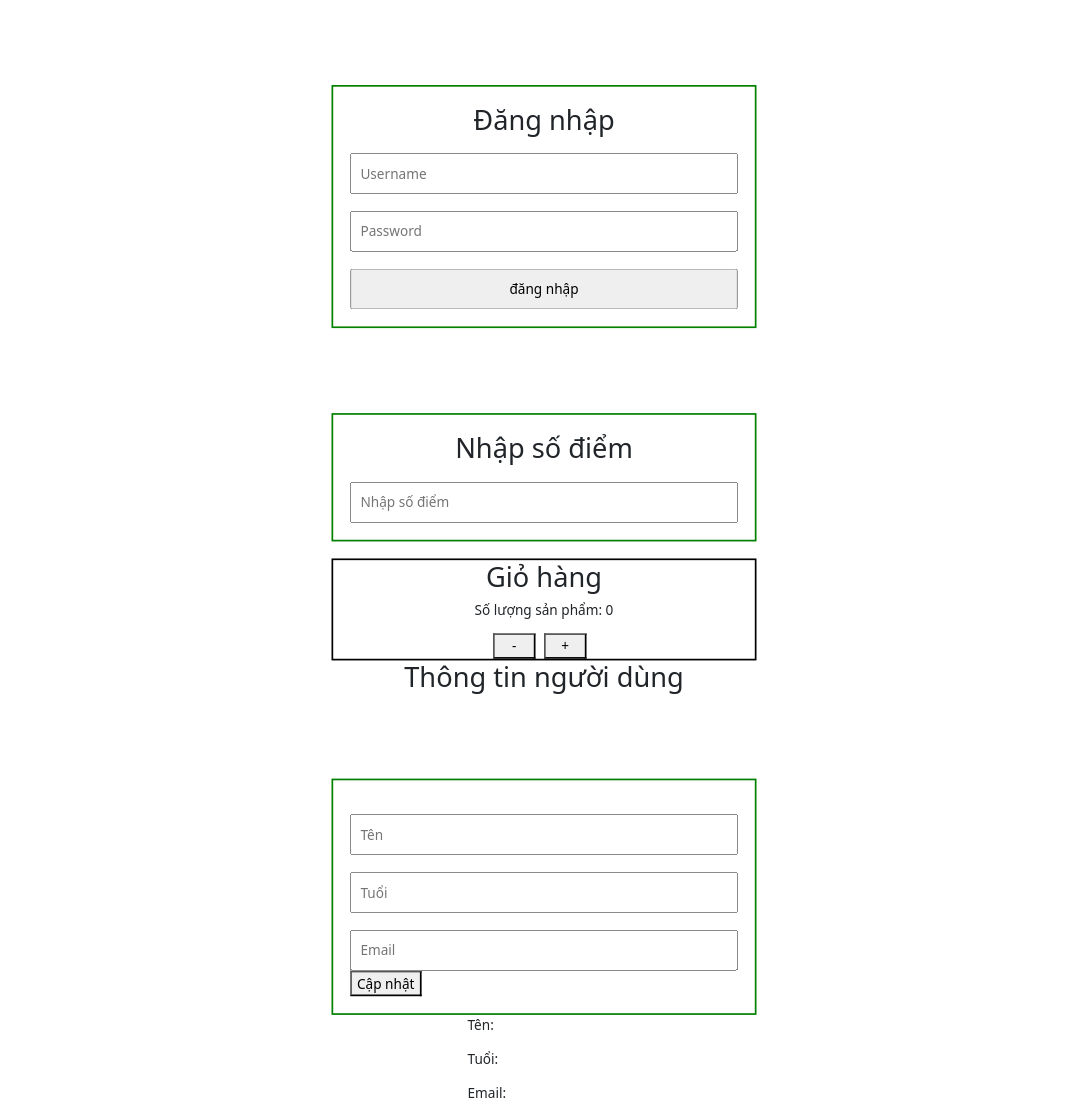
Repository: Phong-poor/frontendframework
Page: / (app in vue-lab-asm/)
An editor plug-in stored every save of this project. The page is shown before and after the next save, followed by the edit.
The browser window is 1280 px wide. The pictures show the whole page, at 85% of full size.
The project was rebuilt for these pictures with package versions that can differ from the ones it lists, and the page was loaded fresh each time. Also part of the build but not shown: vue-lab-asm/vite.config.js, vue-lab-asm/src/components/Lab1.vue, vue-lab-asm/src/components/product.vue, vue-lab-asm/src/components/Dangnhap.vue, vue-lab-asm/src/components/NotFound.vue, vue-lab-asm/src/components/Dangky.vue, vue-lab-asm/src/components/admin.vue, vue-lab-asm/src/components/admin-category.vue.

Above is the page before, as saved 2025-10-07 18:54:22.

After the next save:
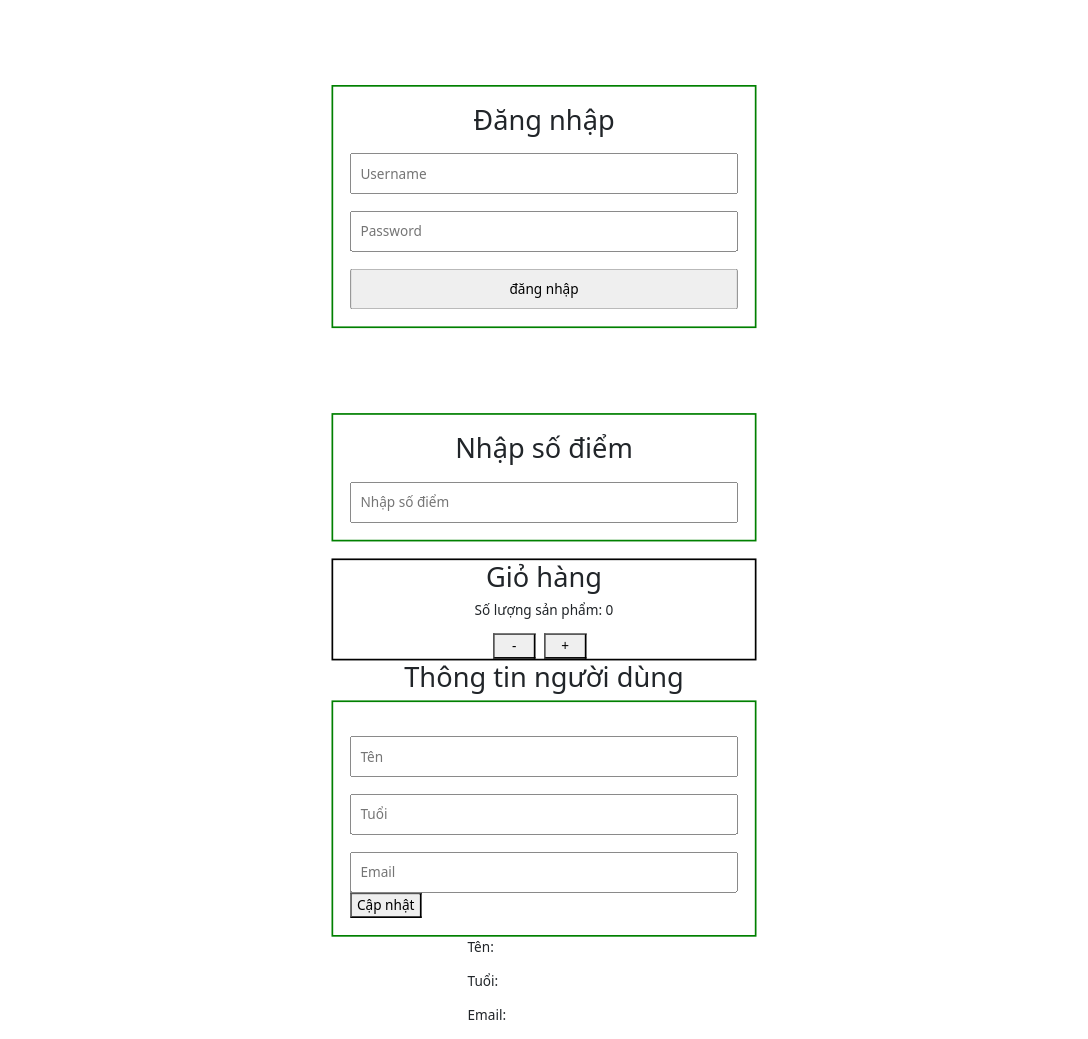
Saved 9 s later.
--- a/vue-lab-asm/src/components/Lab2.vue
+++ b/vue-lab-asm/src/components/Lab2.vue
@@ -151,7 +151,7 @@ form h2{
     display: flex;
     justify-content: center;
 }
-.thongtinnguoidung{
+.thongtinnguoidung form{
     margin-top: 0;
 }
 .thongtinnguoidung h2{
